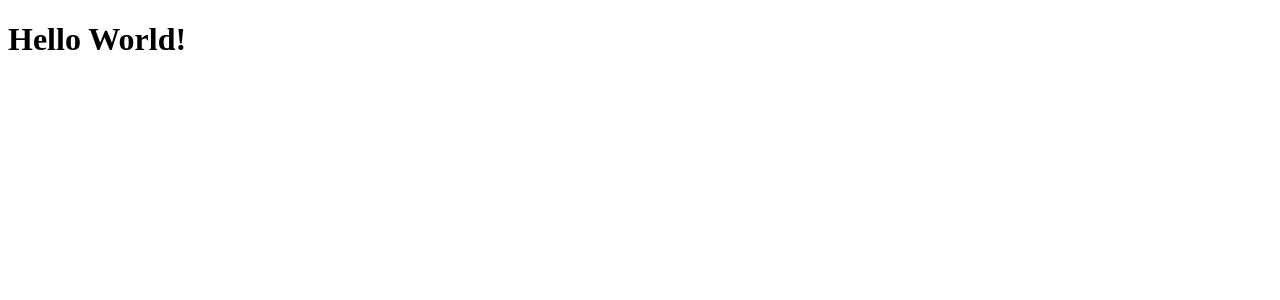
Repository: Ostask/electronTest
Page: renderer/index.html
These files come from the project's save history. The page is drawn as it stood at one moment and after the next save; the edit follows.
The browser window is 1280 px wide. The pictures show the whole page.
Some web libraries are served in a nearby version.

Above is the page before, as saved 2020-03-25 11:09:17.

After the next save:
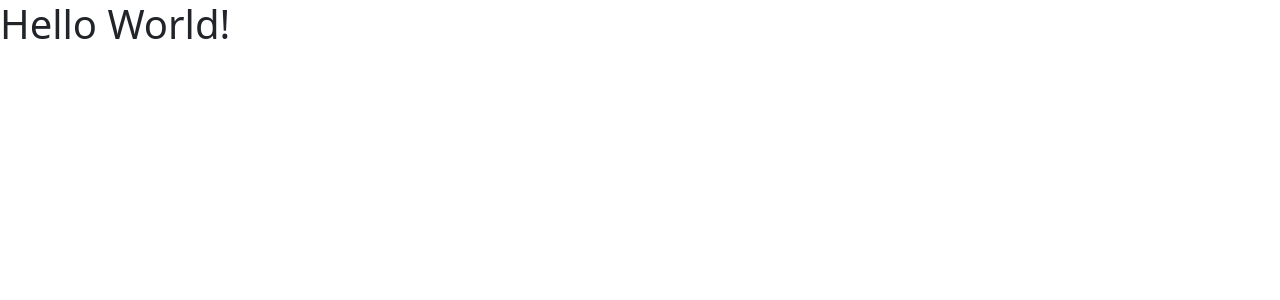
Saved 80 s later.
--- a/renderer/index.html
+++ b/renderer/index.html
@@ -3,6 +3,7 @@
   <head>
     <meta charset="UTF-8">
     <title>本地播放器</title>
+    <link rel="stylesheet" href="../node_modules/bootstrap/dist/css/bootstrap.min.css">
   </head>
   <body>
     <h1>Hello World!</h1>
